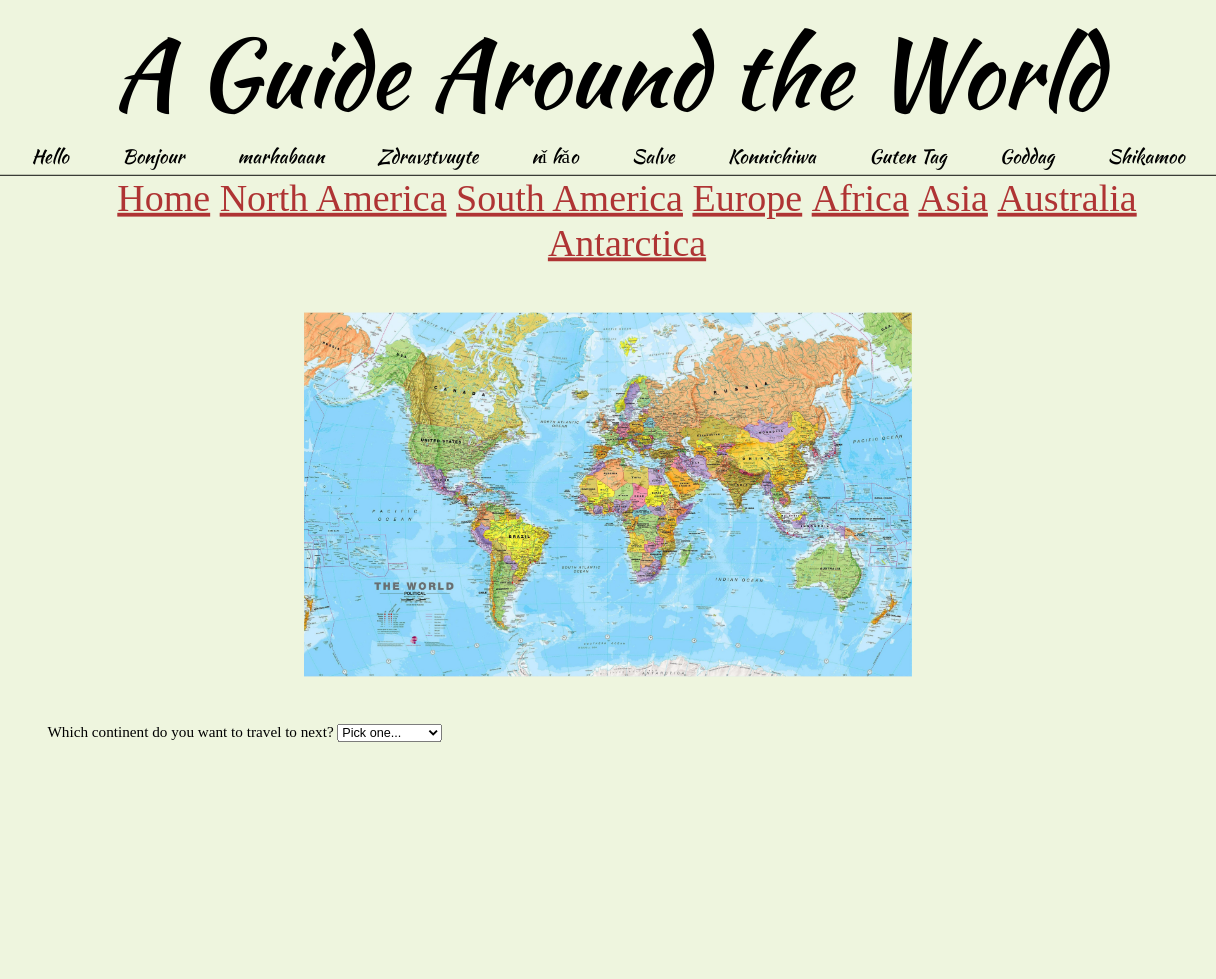
Repository: alharama/StaticWebsite
Page: index.html
An editor plug-in stored every save of this project. The page is shown before and after the next save, followed by the edit.
The browser window is 1280 px wide. The pictures show the whole page, at 95% of full size.

Above is the page before, as saved 2021-09-30 00:54:50.

After the next save:
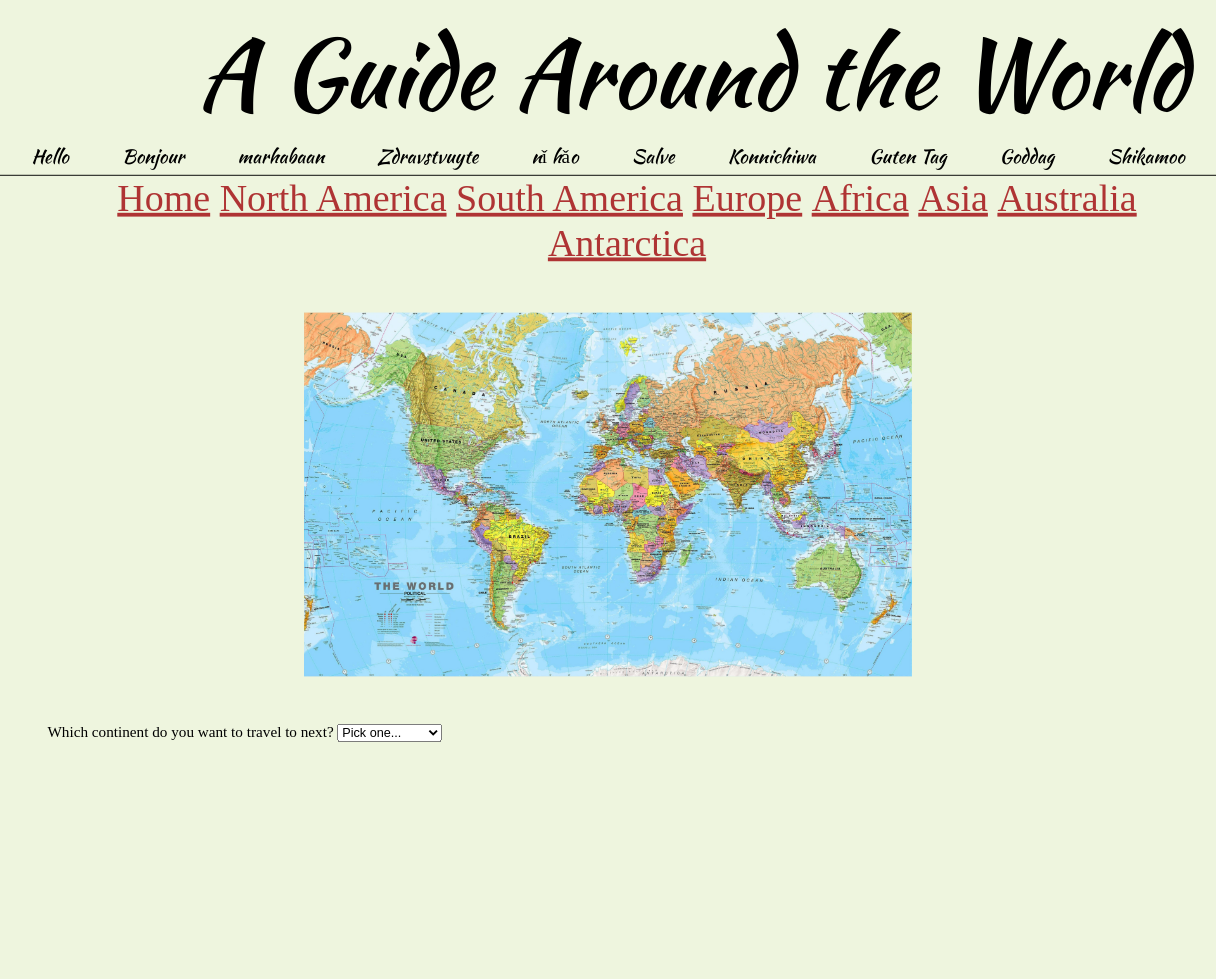
Saved 15 s later.
--- a/index.html
+++ b/index.html
@@ -44,7 +44,9 @@
         }
 
         #home_title {
-
+            animation-duration: 8s;
+            animation-name: slidein;
+            animation-iteration-count: infinite;
         }
 
 
